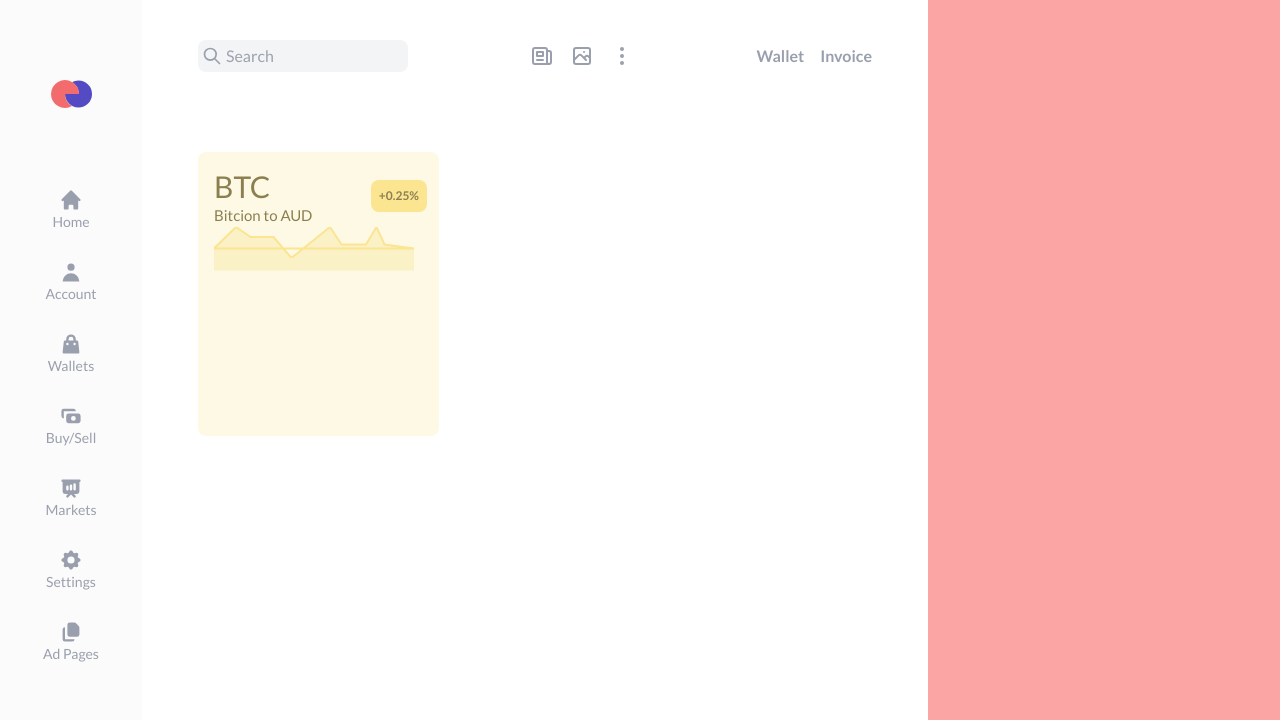
Repository: almaqdad55/crypto-app-nextjs
Page: /
These files come from the project's save history. The page is drawn as it stood at one moment and after the next save; the edit follows.
The browser window is 1280 px wide. The pictures show the whole page.
The project was rebuilt for these pictures with package versions that can differ from the ones it lists, and the page was loaded fresh each time. The framework's server and built-in components were replaced by stand-ins that run in the browser.

Above is the page before, as saved 2022-01-04 20:51:56.

After the next save:
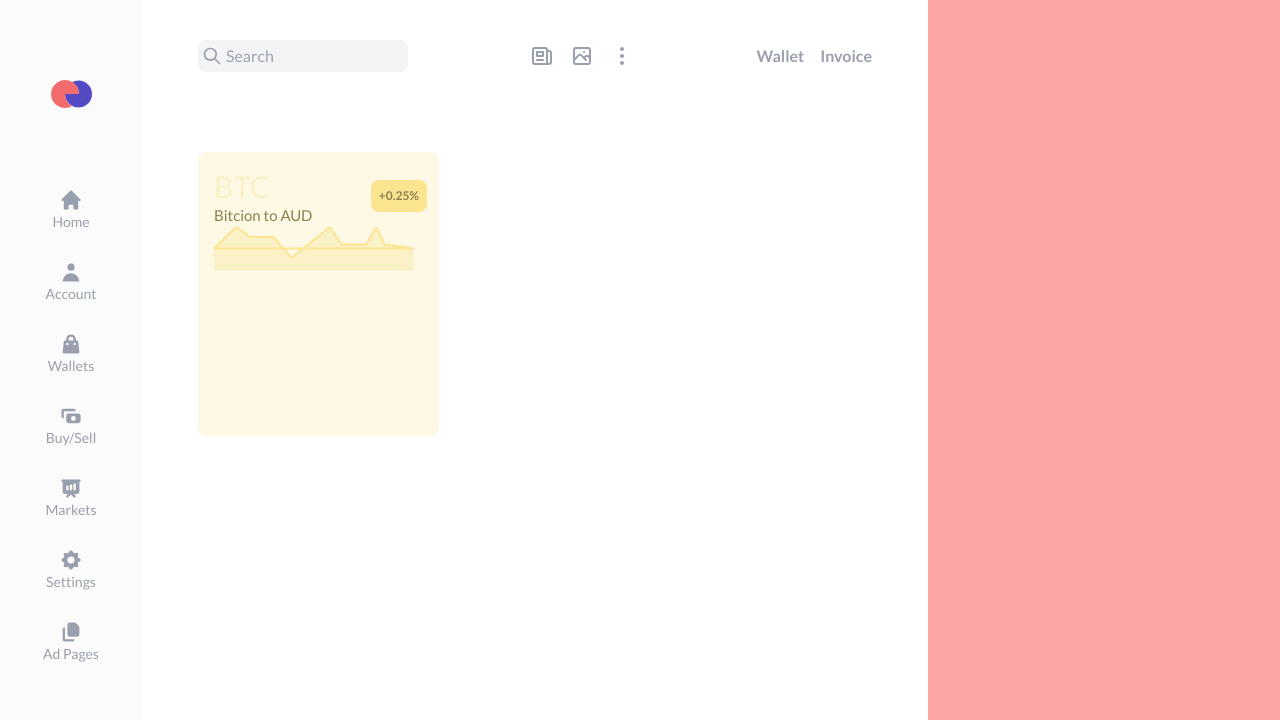
Saved 2 min 9 s later.
--- a/components/Card.jsx
+++ b/components/Card.jsx
@@ -4,13 +4,9 @@ const Card = () => {
       <div className="absolute bg-[#FBE591] text-[#8B7F50] text-xs rounded-lg p-2 font-bold top-7 right-3">
         +0.25%
       </div>
-      <h1 className="text-3xl ">BTC</h1>
+      <h1 className="text-3xl text-[#FAF1C7]">BTC</h1>
       <p className="text-[15px]">Bitcion to AUD</p>
-      <img
-        src="/btc-chart.svg"
-        alt=""
-        className="absolute bg-blend-pass-through"
-      />
+      <img src="/btc-chart.svg" alt="" className="absolute bg" />
       <img src="/bg-btc.svg" alt="" />
     </div>
   );
